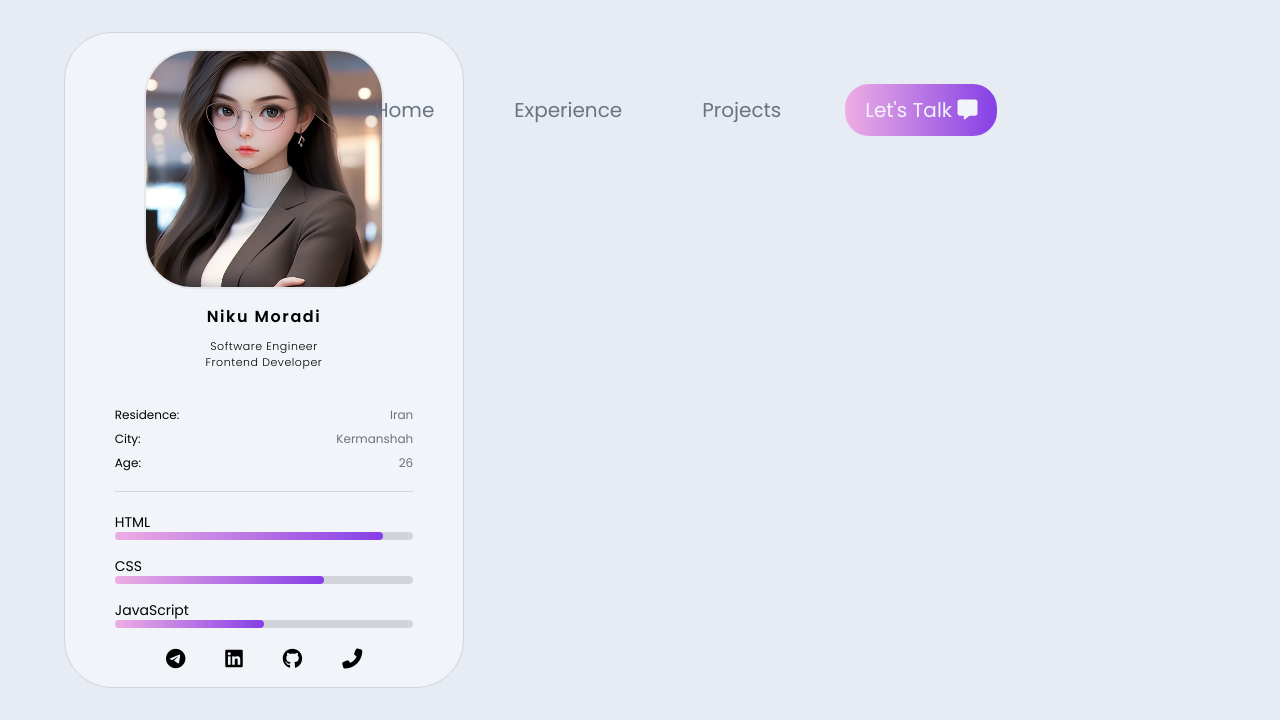
Repository: NikuMoradi/niku-moradi
Page: /
The author's editor kept a copy of each file at every save. The page is drawn from the files as they stood at one save, then again after a run of saves.
The browser window is 1280 px wide. The pictures show the whole page.
The project was rebuilt for these pictures with package versions that can differ from the ones it lists, and the page was loaded fresh each time. The framework's server and built-in components were replaced by stand-ins that run in the browser. Also part of the build but not shown: nuxt.config.ts, components/Blog Posts/Component-Design.vue, components/Blog.vue, components/Contact.vue, components/Education.vue, components/Experience.vue, components/Hero.vue, components/Menu.vue and 3 more.

Above is the page before, as saved 2024-12-01 11:56:39.

### assets/css/main.css
@tailwind base;
@tailwind components;
@tailwind utilities;
@layer base {
  body {
    background-color: #e6ebf4;
  }
}

@layer utilities {
  .bg-primary-gradient {
    background: linear-gradient(
      90deg,
      rgba(238, 174, 227, 1) 0%,
      rgb(133, 63, 230) 100%
    );
  }

  .text-primary-gradient {
    background: linear-gradient(
      90deg,
      rgba(238, 174, 227, 1) 0%,
      rgb(133, 63, 230) 100%
    );
  }
}

### components/LeftPanel.vue
<template>
  <div
    class="text-black w-[400px] flex flex-col items-center bg-slate-100 border border-gray-300 rounded-4xl"
    style="height: calc(100vh - 4rem)"
  >
    <!-- Header-->
    <div class="w-full py-4 flex flex-col items-center justify-center">
      <img
        src="../assets/img/photo_2024-11-28_10-37-05.jpg"
        alt="Profile Picture"
        class="w-60 h-60 mb-5 border-2 object-cover object-center rounded-4xl"
      />
      <h2
        class="text-[16px] font-semibold tracking-widest leading-[16.8px] mb-3"
      >
        Niku Moradi
      </h2>
      <p class="text-[11px] font-light tracking-wider leading-[16.5px]">
        Software Engineer
      </p>
      <p class="text-[11px] font-light tracking-wider leading-[16.5px]">
        Frontend Developer
      </p>
    </div>

    <!-- middle -->
    <div class="w-3/4 flex flex-col overflow-y-auto scrollbar-hide">
      <!-- table -->
      <div class="py-5 text-xs border-b border-gray-300 mb-5">
        <ul class="space-y-2">
          <li class="flex justify-between">
            <h6>Residence:</h6>
            <span class="text-gray-500">Iran</span>
          </li>
          <li class="flex justify-between">
            <h6>City:</h6>
            <span class="text-gray-500">Kermanshah</span>
          </li>
          <li class="flex justify-between">
            <h6>Age:</h6>
            <span class="text-gray-500">26</span>
          </li>
        </ul>
      </div>
      <!-- Skill Bars -->
      <div class="space-y-4 pb-5 border-b border-gray-300 mb-5">
        <div>
          <label class="block text-sm">HTML</label>
          <div class="w-full bg-gray-300 h-2 rounded-full">
            <div class="bg-primary-gradient h-2 rounded-full w-[90%]"></div>
          </div>
        </div>
        <div>
          <label class="block text-sm">CSS</label>
          <div class="w-full bg-gray-300 h-2 rounded-full">
            <div class="bg-primary-gradient h-2 rounded-full w-[70%]"></div>
          </div>
        </div>
        <div>
          <label class="block text-sm">JavaScript</label>
          <div class="w-full bg-gray-300 h-2 rounded-full">
            <div class="bg-primary-gradient h-2 rounded-full w-[50%]"></div>
          </div>
        </div>
        <div>
          <label class="block text-sm">Vue.js</label>
          <div class="w-full bg-gray-300 h-2 rounded-full">
            <div class="bg-primary-gradient h-2 rounded-full w-[50%]"></div>
          </div>
        </div>
        <div>
          <label class="block text-sm">Nuxt.js</label>
          <div class="w-full bg-gray-300 h-2 rounded-full">
            <div class="bg-primary-gradient h-2 rounded-full w-[40%]"></div>
          </div>
        </div>
        <div>
          <label class="block text-sm">Quasar</label>
          <div class="w-full bg-gray-300 h-2 rounded-full">
            <div class="bg-primary-gradient h-2 rounded-full w-[70%]"></div>
          </div>
        </div>
        <div>
          <label class="block text-sm">Tailwind</label>
          <div class="w-full bg-gray-300 h-2 rounded-full">
            <div class="bg-primary-gradient h-2 rounded-full w-[60%]"></div>
          </div>
        </div>
      </div>
      <!-- General Skills -->
      <ul
        class="text-gray-500 text-[11px] font-light tracking-wider space-y-2 mb-5"
      >
        <li class="flex items-center">
          <i class="fas fa-check fa-xs text-fuchsia-600 mr-2"></i>
          English Level B2
        </li>
        <li class="flex items-center">
          <i class="fas fa-check fa-xs text-fuchsia-600 mr-2"></i>
          Git Knowledge
        </li>
        <li class="flex items-center">
          <i class="fas fa-check fa-xs text-fuchsia-600 mr-2"></i>
          Design Patterns
        </li>
      </ul>
    </div>

    <!-- Social Links -->
    <div class="w-full py-4 text-center mt-auto">
      <div class="space-x-10">
        <a
          href="https://t.me/yourusername"
          target="_blank"
          class="hover:text-blue-400"
        >
          <i class="fab fa-telegram fa-lg"></i>
        </a>
        <a
          href="https://linkedin.com/in/yourusername"
          target="_blank"
          class="hover:text-blue-600"
        >
          <i class="fab fa-linkedin fa-lg"></i>
        </a>
        <a
          href="https://github.com/yourusername"
          target="_blank"
          class="hover:text-gray-700"
        >
          <i class="fab fa-github fa-lg"></i>
        </a>
        <a href="tel:+1234567890" class="hover:text-green-400">
          <i class="fas fa-phone-alt fa-lg"></i>
        </a>
      </div>
    </div>
  </div>
</template>

### components/Navbar.vue
<template>
  <div
    class="flex items-center px-3 py-1 space-x-12 fixed top-20 right-20 w-2/3"
  >
    <!-- About -->

    <NuxtLink
      to="/about"
      class="py-3 px-4 text-xl text-gray-500"
      exact-active-class="border border-gray-400 rounded-3xl font-semibold tracking-wide text-zinc-800"
    >
      Home
    </NuxtLink>

    <!-- Experience -->
    <NuxtLink
      to="/experience"
      class="py-3 px-4 text-xl text-gray-500"
      exact-active-class="border border-gray-400 rounded-3xl font-semibold tracking-wide text-zinc-800"
    >
      Experience
    </NuxtLink>

    <!-- Projects -->
    <NuxtLink
      to="/projects"
      class="py-3 px-4 text-xl text-gray-500"
      exact-active-class="border border-gray-400 rounded-3xl font-semibold tracking-wide text-zinc-800"
    >
      Projects
    </NuxtLink>
    <!-- Blog -->
    <button
      class="py-3 px-5 rounded-3xl text-xl text-slate-100 bg-primary-gradient"
    >
      Let's Talk
      <i class="fa fa-message"></i>
    </button>
  </div>
</template>

### layouts/default.vue
<template>
  <div class="w-6xl min-h-screen flex items-center px-16">
    <LeftPanel />
    <Navbar />
    <!-- Fixed Width Centered Card -->
    <!-- <div
      class="w-full max-w-5xl overflow-hidden z-10"
      style="height: calc(100vh)"
    > -->
    <!-- Scrollable Content -->
    <!-- <div class="overflow-y-auto h-full scrollbar-hide"> -->
    <NuxtPage />
    <!-- </div> -->
    <!-- </div> -->
  </div>
</template>

<style scoped></style>

### app.vue
<!-- The app.vue is just holding the layout container and serving as the root.
 The default.vue layout handles the overall structure of the page.
All content from your pages will automatically be placed inside the NuxtPage slot of the layout.-->
<template>
  <NuxtLayout />
</template>

### pages/index.vue
<template></template>

<style></style>

### tailwind.config.js
/** @type {import('tailwindcss').Config} */
export default {
  content: [
    "./components/**/*.{js,vue,ts}",
    "./layouts/**/*.vue",
    "./pages/**/*.vue",
    "./plugins/**/*.{js,ts}",
    "./app.vue",
    "./error.vue",
  ],
  theme: {
    extend: {
      fontFamily: {
        sans: ["Poppins", "sans-serif"],
      },
      borderRadius: {
        "4xl": "3rem", // Custom rounded size
      },
    },
  },
  plugins: [require("tailwind-scrollbar-hide")],
};

Loaded but not shown: plugins/aos.client.js (no copy from this time; the picture is the same without it)

After the next 2 saves:
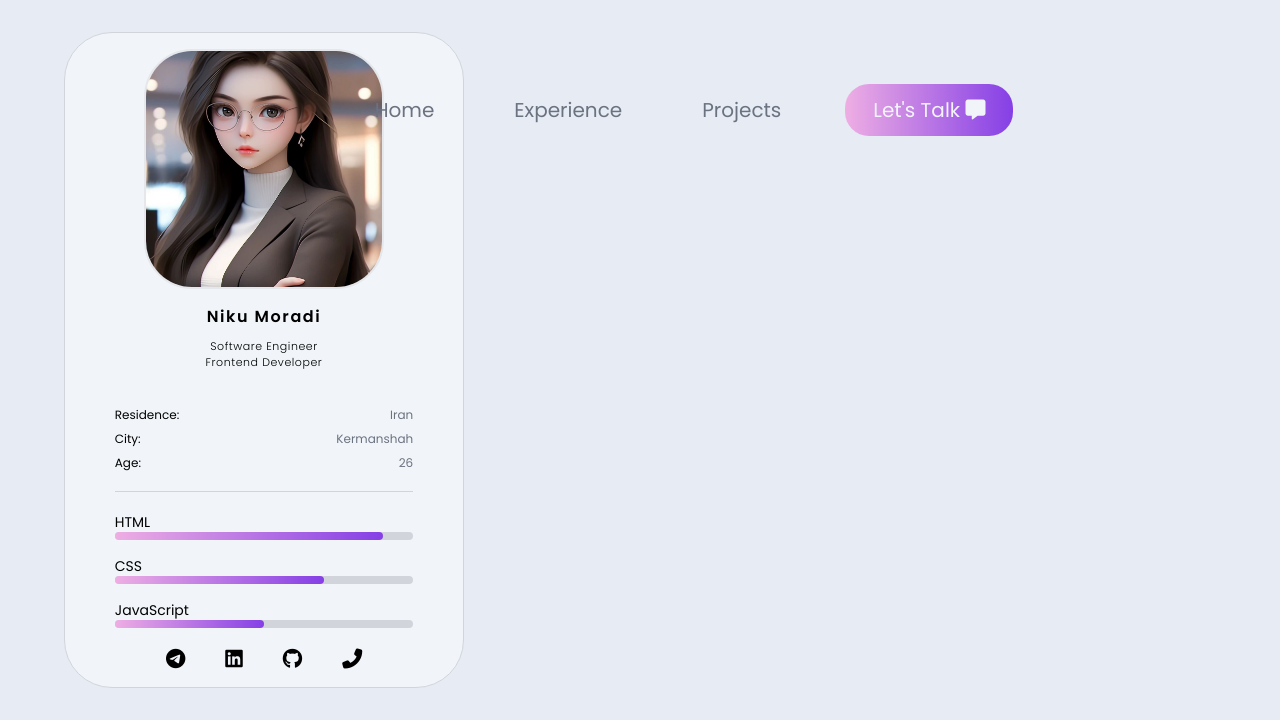
The 2 saves are shown as one change because they came seconds apart.
The last was saved 10 s later.
--- a/components/Navbar.vue
+++ b/components/Navbar.vue
@@ -31,7 +31,7 @@
     </NuxtLink>
     <!-- Blog -->
     <button
-      class="py-3 px-5 rounded-3xl text-xl text-slate-100 bg-primary-gradient"
+      class="py-3 px-7 rounded-3xl text-xl text-slate-100 bg-primary-gradient"
     >
       Let's Talk
       <i class="fa fa-message"></i>
